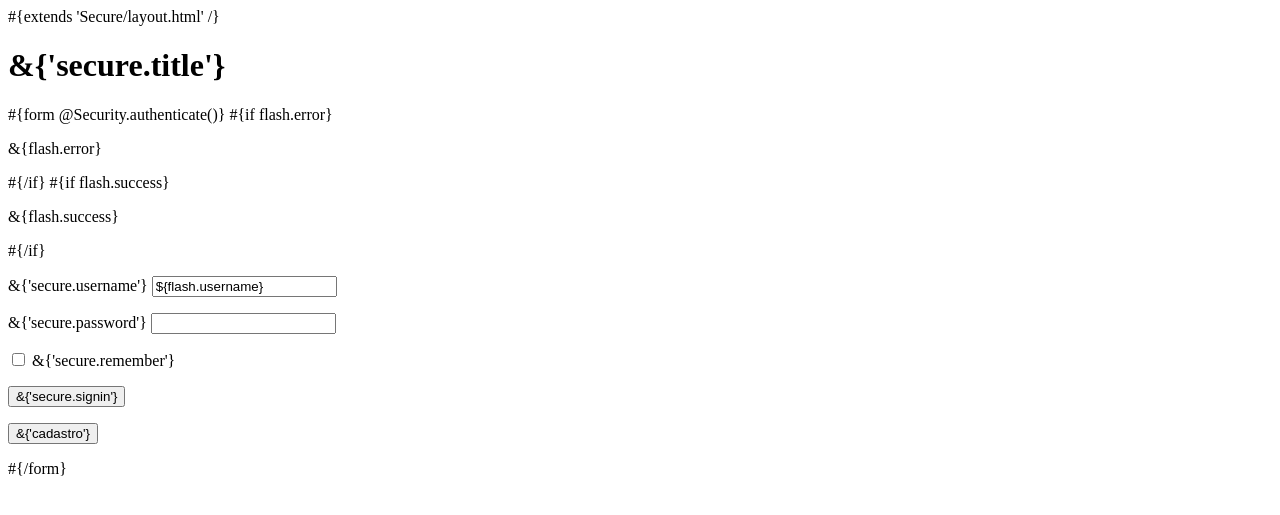
Repository: danilofonte/playframework-tutorial
Page: controleAcesso/eclipse/classes/views/Secure/login.html
These files come from the project's save history. The page is drawn as it stood at one moment and after the next save; the edit follows.
The browser window is 1280 px wide. The pictures show the whole page.

Above is the page before, as saved 2014-02-05 16:34:19.

After the next save:
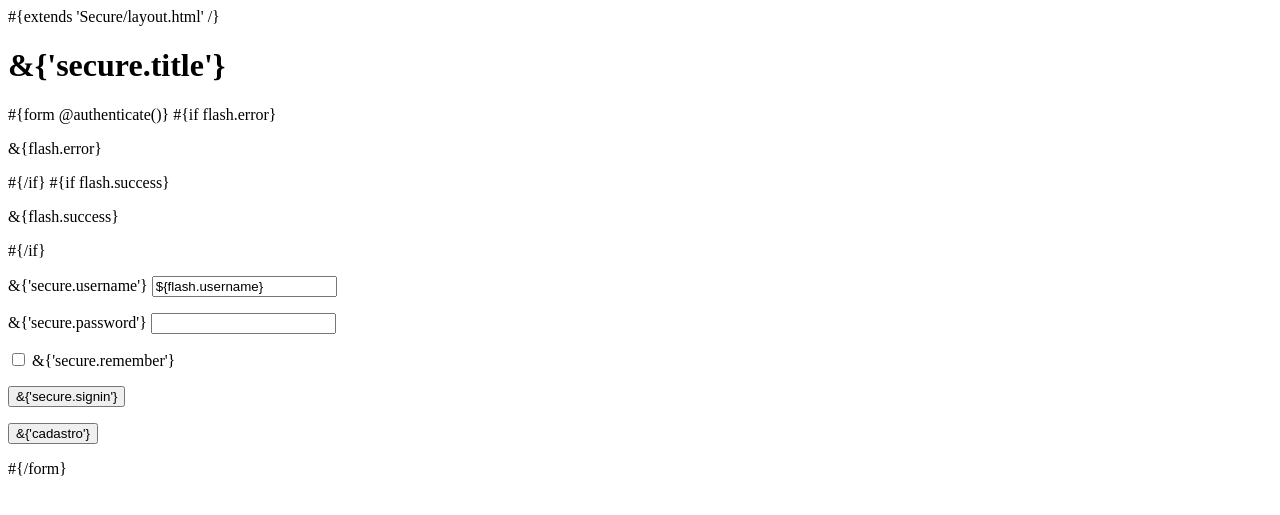
Saved 3 min 46 s later.
--- a/controleAcesso/eclipse/classes/views/Secure/login.html
+++ b/controleAcesso/eclipse/classes/views/Secure/login.html
@@ -4,7 +4,7 @@
 
 	<h1>&{'secure.title'}</h1>
 
-	#{form @Security.authenticate()}
+	#{form @authenticate()}
 
 		#{if flash.error}
 			<p class="error">

After the save that followed:
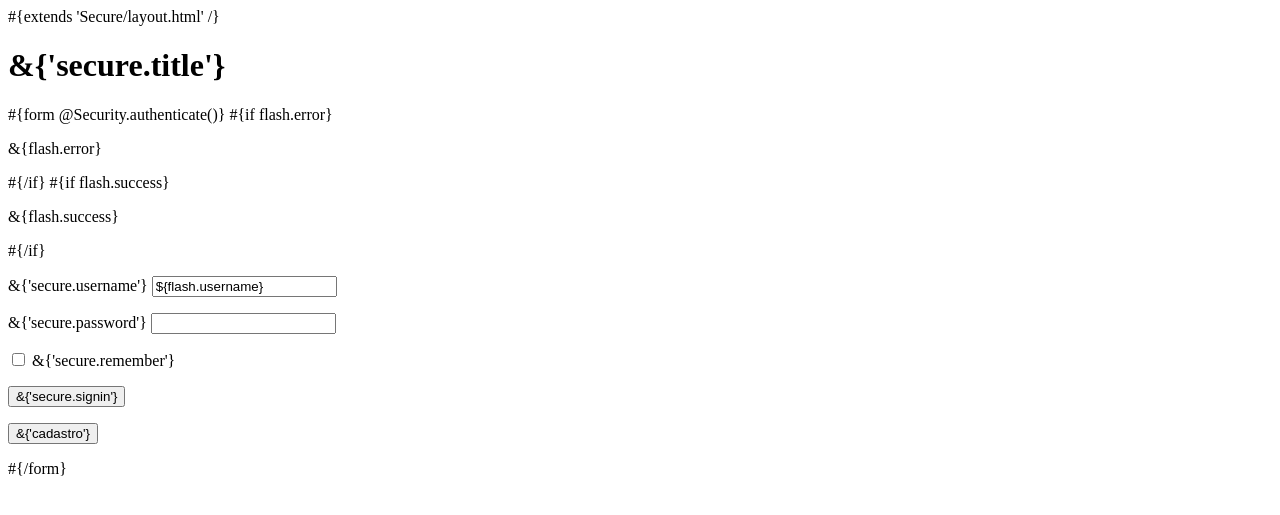
Saved 34 s later.
--- a/controleAcesso/eclipse/classes/views/Secure/login.html
+++ b/controleAcesso/eclipse/classes/views/Secure/login.html
@@ -4,7 +4,7 @@
 
 	<h1>&{'secure.title'}</h1>
 
-	#{form @authenticate()}
+	#{form @Security.authenticate()}
 
 		#{if flash.error}
 			<p class="error">
